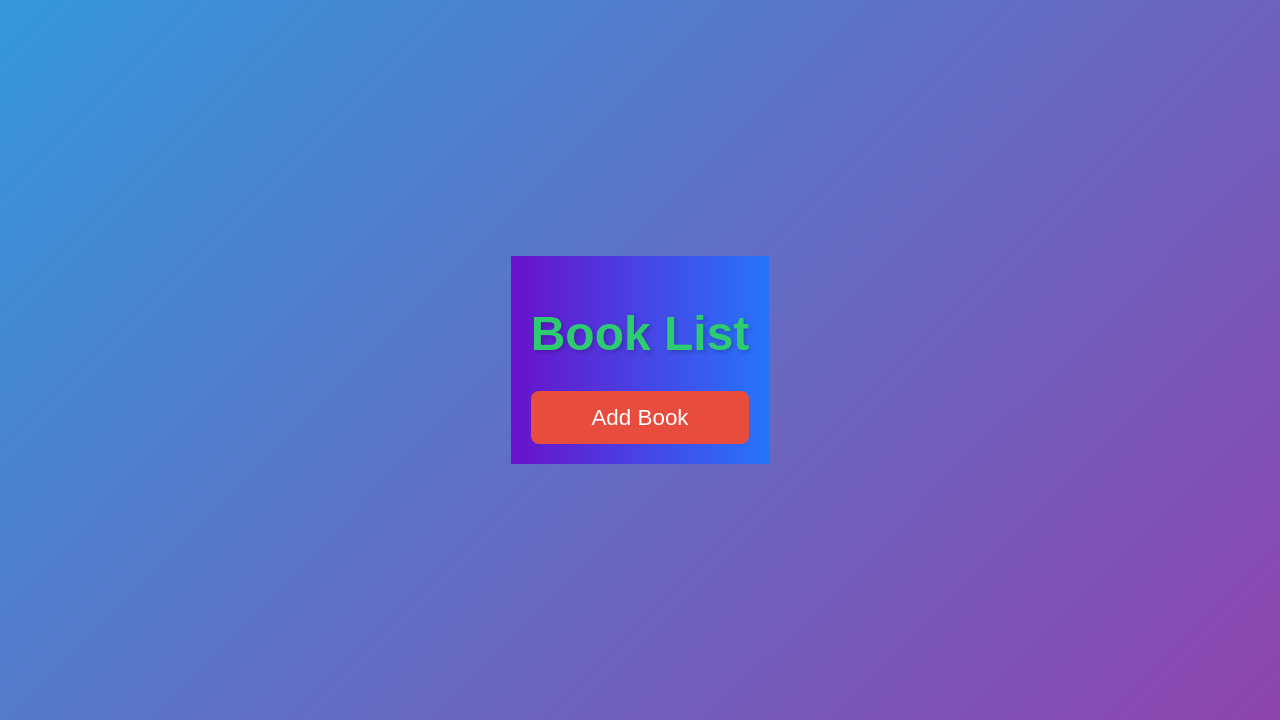
Repository: KanmegneTabouguie/librarymanagement
Page: / (app in frontend/library-frontend/)
An editor plug-in stored every save of this project. The page is shown before and after the next save, followed by the edit.
The browser window is 1280 px wide. The pictures show the whole page.
The page's requests for data from a server got no answer. The project was rebuilt for these pictures with package versions that can differ from the ones it lists, and the page was loaded fresh each time. No one was signed in, and anything a server would have sent is missing. Also part of the build but not shown: frontend/library-frontend/vite.config.js, frontend/library-frontend/src/components/AddBook.jsx, frontend/library-frontend/src/components/UpdateBook.jsx, frontend/library-frontend/src/components/PublishBook.jsx.

Above is the page before, as saved 2024-02-29 11:27:18.

### frontend/library-frontend/src/App.jsx
// eslint-disable-next-line no-unused-vars
import React from 'react';
import { BrowserRouter as Router, Route, Routes } from 'react-router-dom';
import AddBook from './components/AddBook';
import UpdateBook from './components/UpdateBook';
import PublishBook from './components/PublishBook';
import BookList from './components/BookList'; // Import BookList component

function App() {
  return (
    <Router>
      <div className="App">
        <Routes>
        <Route path="/" element={<BookList />} /> {/* Display BookList component at the root route */}
          <Route path="/add" element={<AddBook />} />
          <Route path="/update/:id" element={<UpdateBook />} />
          <Route path="/publish/:id" element={<PublishBook />} />
        </Routes>
      </div>
    </Router>
  );
}

export default App;

### frontend/library-frontend/src/components/BookList.jsx
// src/components/BookList.js
// eslint-disable-next-line no-unused-vars
import React, { useState, useEffect } from 'react';
import axios from 'axios';
import { Link } from 'react-router-dom';
import BookListStyles from './BookListStyles';

const BookList = () => {
  const [books, setBooks] = useState([]);

  useEffect(() => {
    axios.get('http://localhost:3017/books')
      .then(response => setBooks(response.data))
      .catch(error => console.error('Error fetching books:', error));
  }, []);

  const handleDeleteBook = async (bookId) => {
    try {
      await axios.delete(`http://localhost:3017/books/${bookId}`);
      console.log('Book deleted');
      // Update the state to reflect the deletion
      setBooks(prevBooks => prevBooks.filter(book => book._id !== bookId));
    } catch (error) {
      console.error('Error deleting book:', error);
    }
  };

  return (
    <div style={BookListStyles.container}>
      <h1 style={BookListStyles.headingStyle}>Book List</h1>
      <Link to="/add" style={BookListStyles.actionLinkStyle}>Add Book</Link>
      <div style={BookListStyles.bookContainer}>
        {books.map(book => (
          <div key={book._id} style={{ ...BookListStyles.bookStyle, backgroundColor: getRandomColor() }}>
            <h3 style={BookListStyles.titleStyle}>{book.title}</h3>
            <p style={BookListStyles.authorStyle}>Author: {book.author}</p>
            <p>Availability: {book.available ? 'Available' : 'Not Available'}</p> {/* Display availability status */}
            <div style={BookListStyles.buttonContainer}>
              <Link to={`/update/${book._id}`} style={BookListStyles.updateLinkStyle}>Update</Link>
              <button onClick={() => handleDeleteBook(book._id)} style={BookListStyles.deleteButtonStyle}>Delete</button>
              <Link to={`/publish/${book._id}`} style={BookListStyles.publishLinkStyle}>Publish</Link>
            </div>
          </div>
        ))}
      </div>
    </div>
  );
};

// Function to generate a random color
const getRandomColor = () => {
  const letters = '456789ABCDEF';
  let color = '#';
  for (let i = 0; i < 6; i++) {
    color += letters[Math.floor(Math.random() * 10)];
  }
  return color;
};

export default BookList;

### frontend/library-frontend/src/components/AddBook.css
/* AddBook.css */

body {
    margin: 0;
    padding: 0;
    font-family: 'Arial', sans-serif;
    background: linear-gradient(135deg, #3498db, #8e44ad);
    display: flex;
    align-items: center;
    justify-content: center;
    height: 100vh;
  }

  .page-container {
    display: flex;
    flex-direction: column;
    align-items: center;
  }

  .form-container {
    background-color: #fff;
    padding: 20px;
    border-radius: 10px;
    box-shadow: 0 0 20px rgba(0, 0, 0, 0.2);
    margin-bottom: 20px;
  }

  h1 {
    color: #fff;
    text-align: center;
    margin-bottom: 20px;
  }

  label {
    display: block;
    margin-bottom: 10px;
    color: #555;
  }

  input {
    width: 100%;
    padding: 12px;
    margin-bottom: 15px;
    box-sizing: border-box;
    border: 1px solid #ccc;
    border-radius: 5px;
    font-size: 16px;
  }

  .add-book-button {
    width: 100%;
    padding: 12px;
    background-color: #27ae60;
    color: #fff;
    border: none;
    border-radius: 5px;
    cursor: pointer;
    font-size: 18px;
    transition: background-color 0.3s ease-in-out;
  }

  .add-book-button:hover {
    background-color: #219f4e;
  }

  .modal-overlay {
    position: fixed;
    top: 0;
    left: 0;
    width: 100%;
    height: 100%;
    background: rgba(0, 0, 0, 0.7);
    display: flex;
    align-items: center;
    justify-content: center;
  }

  .modal {
    background: linear-gradient(135deg, #3498db, #8e44ad);
    padding: 20px;
    border-radius: 10px;
    text-align: center;
    box-shadow: 0 4px 8px rgba(0, 0, 0, 0.2);
    color: #fff;
  }

  .modal p {
    font-size: 18px;
    margin-bottom: 20px;
  }

  .modal button {
    padding: 12px 24px;
    background-color: #2ecc71;
    color: #fff;
    border: none;
    border-radius: 5px;
    cursor: pointer;
    font-size: 18px;
    transition: background-color 0.3s ease-in-out;
  }

  .modal button:hover {
    background-color: #27ae60;
  }

### frontend/library-frontend/src/components/BookListStyles.js
// BookListStyles.js
const BookListStyles = {
  container: {
    position: 'relative', // Add this to enable positioning for child elements
    textAlign: 'center',
    padding: '20px',
    background: 'linear-gradient(to right, #6A11CB, #2575FC)',
    color: 'white', // Adjust text color for better visibility
  },
  headingStyle: {
    fontSize: '3em',
    color: '#2ecc71',
    fontWeight: '700',
    marginBottom: '30px',
    textShadow: '2px 2px 4px rgba(0, 0, 0, 0.2)',
  },

  bookContainer: {
    display: 'flex',
    flexWrap: 'wrap',
    justifyContent: 'center',
  },

  bookStyle: {
    border: '1px solid #ecf0f1',
    margin: '15px',
    padding: '20px',
    width: '250px',
    borderRadius: '15px',
    boxShadow: '0px 8px 16px rgba(0, 0, 0, 0.1)',
    transition: 'transform 0.3s ease-in-out, box-shadow 0.3s ease-in-out',
    cursor: 'pointer',
    overflow: 'hidden',
    background: 'linear-gradient(to bottom right, #3498db, #2ecc71)',
    color: 'white',
  },

  titleStyle: {
    fontSize: '1.8em',
    marginBottom: '15px',
    color: '#fff',
    textShadow: '1px 1px 2px rgba(0, 0, 0, 0.8)',
  },

  authorStyle: {
    fontSize: '1.2em',
    color: '#ecf0f1',
    marginBottom: '10px',
  },

  availabilityStyle: {
    fontSize: '1.2em',
    color: '#ecf0f1',
  },

  buttonContainer: {
    display: 'flex',
    justifyContent: 'space-between',
    marginTop: '20px',
  },

  actionLinkStyle: {
    textDecoration: 'none',
    color: '#fff',
    fontSize: '1.4em',
    marginTop: '10px',
    display: 'block',
    background: '#e74c3c',
    padding: '10px 15px',
    borderRadius: '8px',
    transition: 'background 0.3s ease-in-out',
  },

  updateLinkStyle: {
    textDecoration: 'none',
    color: '#e74c3c',
    fontSize: '1.2em',
    marginTop: '15px',
    display: 'block',
  },

  deleteButtonStyle: {
    backgroundColor: '#e74c3c',
    color: 'white',
    border: 'none',
    padding: '10px 15px',
    borderRadius: '8px',
    cursor: 'pointer',
    fontSize: '1.2em',
    transition: 'background-color 0.3s ease-in-out',
  },

  publishLinkStyle: {
    textDecoration: 'none',
    color: '#f39c12',
    fontSize: '1.2em',
    marginTop: '15px',
    display: 'block',
  },
};

export default BookListStyles;

Loaded but not shown: frontend/library-frontend/index.html (common file); frontend/library-frontend/src/main.jsx (common file); frontend/library-frontend/src/index.css (common file)

After the next save:
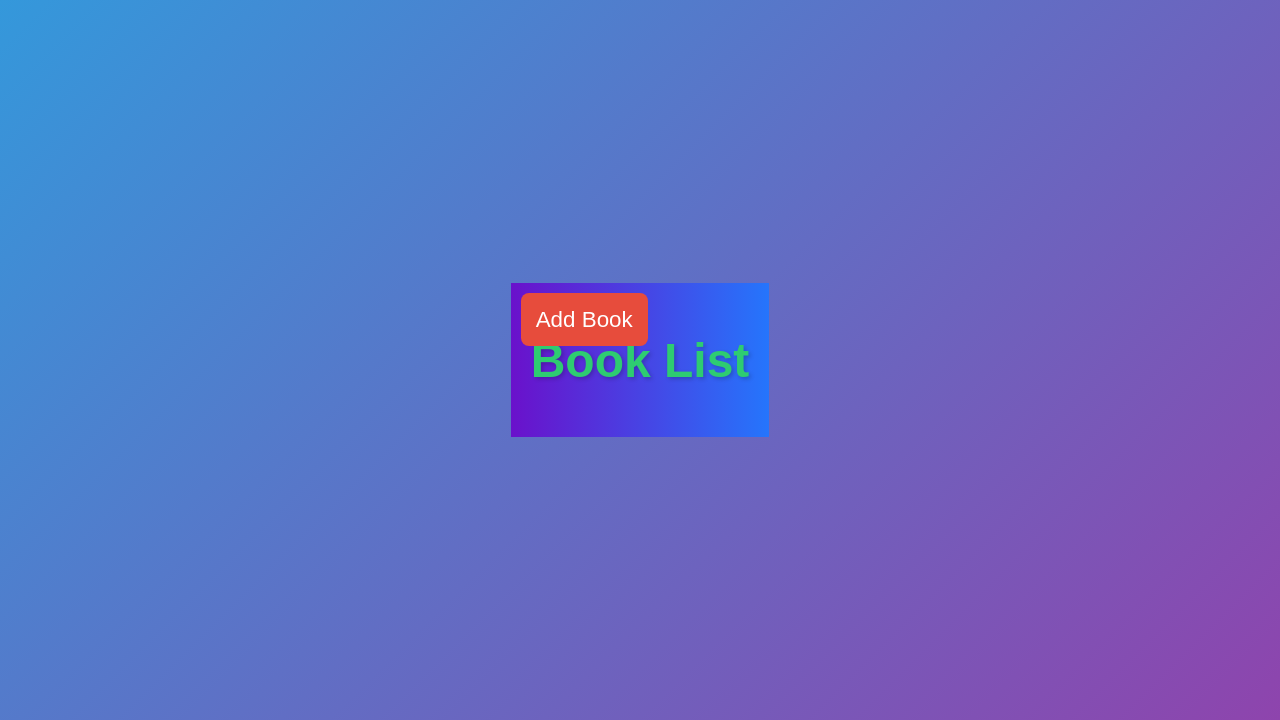
Saved 61 s later.
--- a/frontend/library-frontend/src/components/BookListStyles.js
+++ b/frontend/library-frontend/src/components/BookListStyles.js
@@ -60,15 +60,18 @@
   },
 
   actionLinkStyle: {
+    position: 'absolute', // or 'fixed'
+    top: '10px', // Adjust this value to position it as desired
+    left: '10px', // Adjust this value to position it as desired
     textDecoration: 'none',
     color: '#fff',
     fontSize: '1.4em',
-    marginTop: '10px',
     display: 'block',
     background: '#e74c3c',
     padding: '10px 15px',
     borderRadius: '8px',
     transition: 'background 0.3s ease-in-out',
+    zIndex: '999', // Add a higher z-index value
   },
 
   updateLinkStyle: {

After the save that followed:
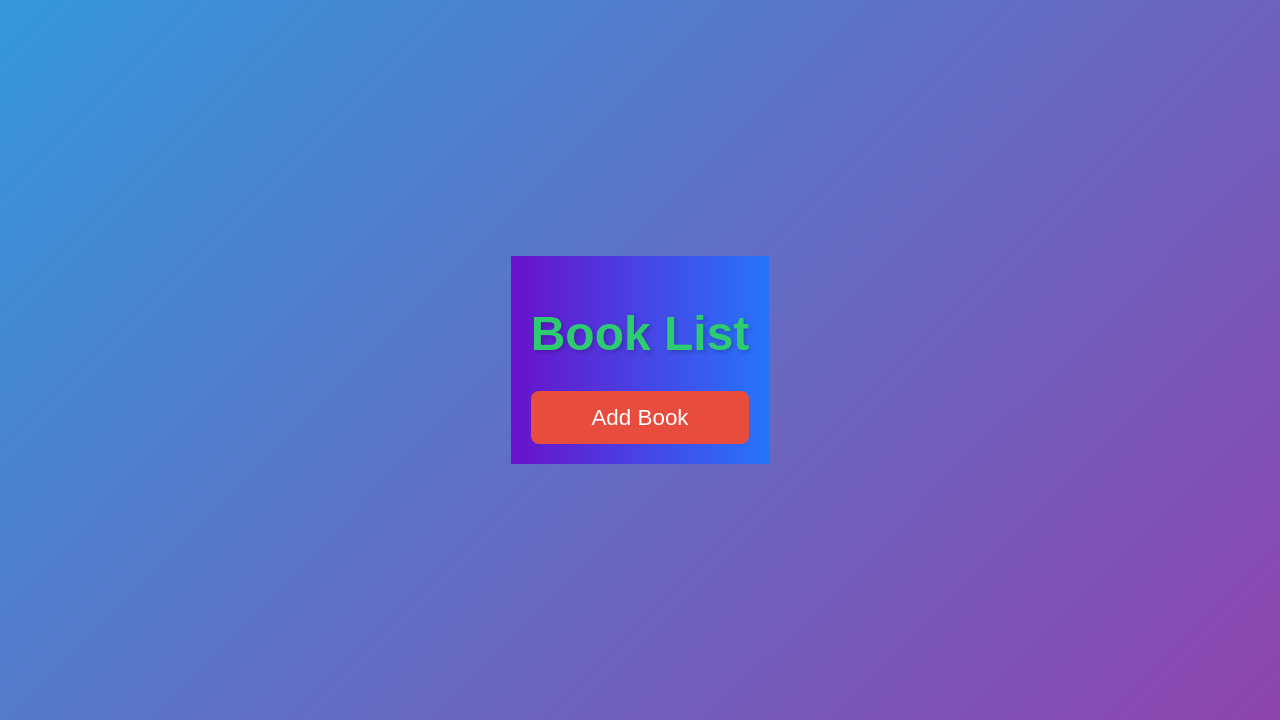
Saved 28 s later.
--- a/frontend/library-frontend/src/components/BookListStyles.js
+++ b/frontend/library-frontend/src/components/BookListStyles.js
@@ -1,12 +1,12 @@
 // BookListStyles.js
 const BookListStyles = {
   container: {
-    position: 'relative', // Add this to enable positioning for child elements
     textAlign: 'center',
     padding: '20px',
     background: 'linear-gradient(to right, #6A11CB, #2575FC)',
     color: 'white', // Adjust text color for better visibility
   },
+
   headingStyle: {
     fontSize: '3em',
     color: '#2ecc71',
@@ -60,18 +60,15 @@
   },
 
   actionLinkStyle: {
-    position: 'absolute', // or 'fixed'
-    top: '10px', // Adjust this value to position it as desired
-    left: '10px', // Adjust this value to position it as desired
     textDecoration: 'none',
     color: '#fff',
     fontSize: '1.4em',
+    marginTop: '10px',
     display: 'block',
     background: '#e74c3c',
     padding: '10px 15px',
     borderRadius: '8px',
     transition: 'background 0.3s ease-in-out',
-    zIndex: '999', // Add a higher z-index value
   },
 
   updateLinkStyle: {
